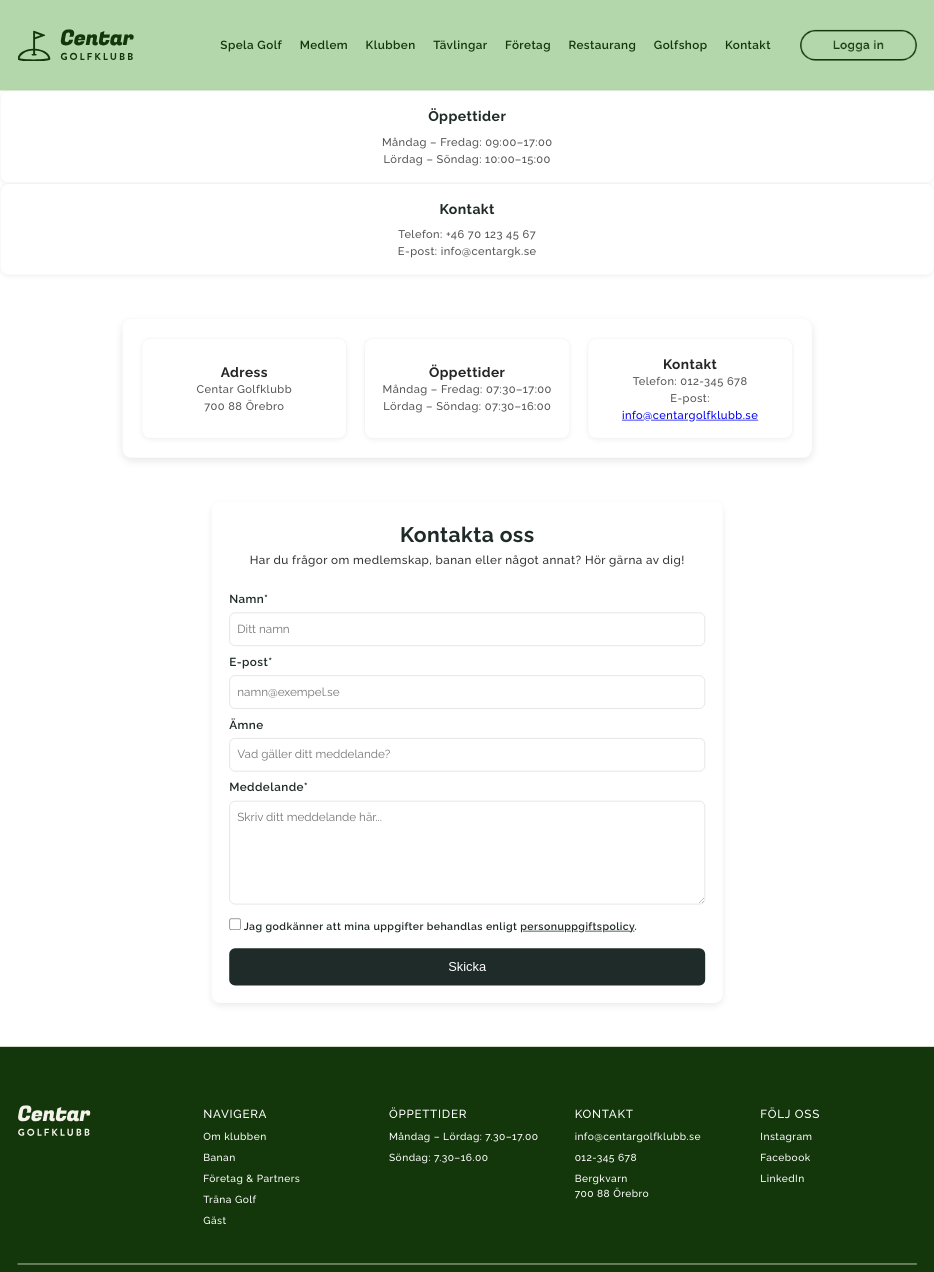
Repository: Tamana831/GolfklubbCentar
Page: kontakt.html
The author's editor kept a copy of each file at every save. The page is drawn from the files as they stood at one save, then again after the next save.
The browser window is 1280 px wide. The pictures show the whole page, at 73% of full size.

Above is the page before, as saved 2025-10-24 00:26:33.

After the next save:
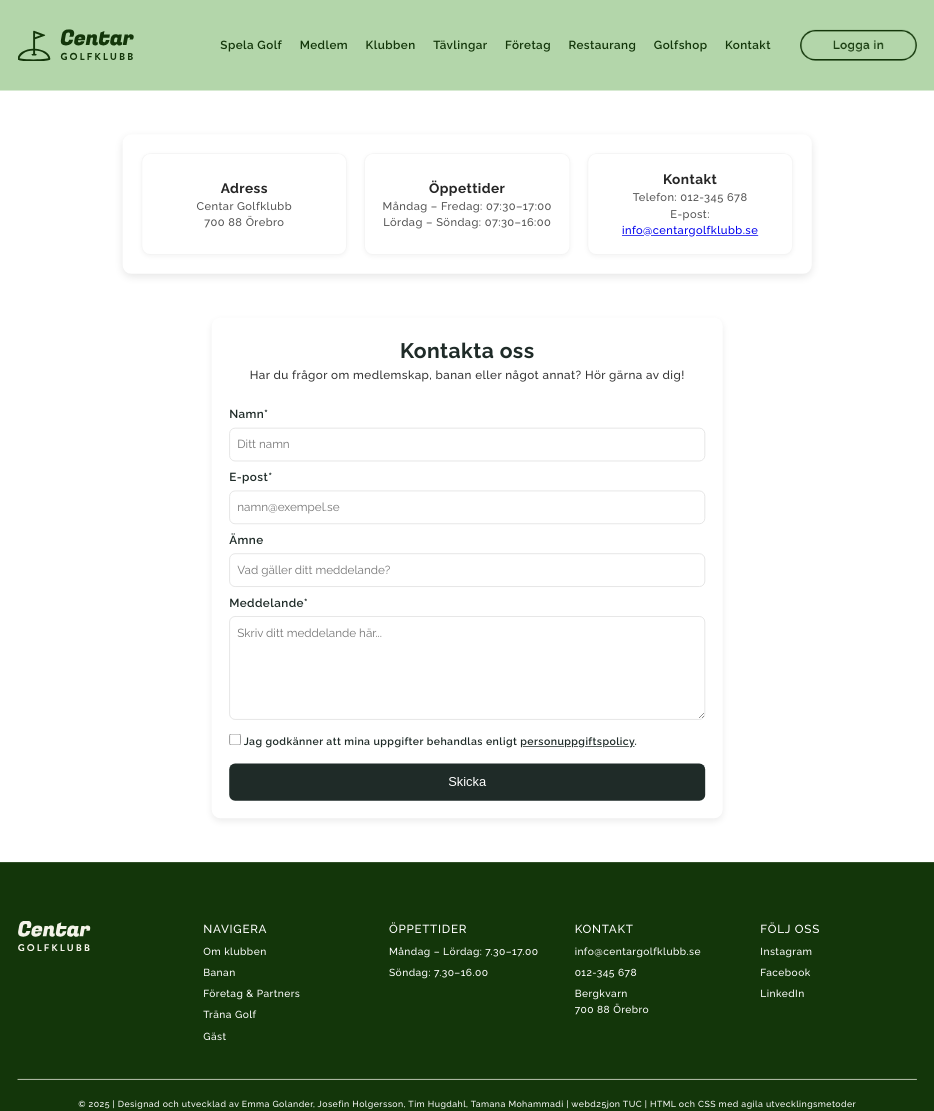
Saved 42 s later.
--- a/kontakt.html
+++ b/kontakt.html
@@ -40,23 +40,7 @@
         </div>
       </nav>
     </header>
-
-  <div class="card contact-card">
-    <h2>Öppettider</h2>
-    <p>Måndag – Fredag: 09:00–17:00<br>
-       Lördag – Söndag: 10:00–15:00</p>
-  </div>
-
-  <div class="card contact-card">
-    <h2>Kontakt</h2>
-    <p>Telefon: +46 70 123 45 67<br>
-       E-post: info@centargk.se</p>
-  </div>
-</section>
-
-    </header>
-
-    <!-- HELA KONTAKTSEKTIONEN MED BAKGRUND -->
+      <!-- HELA KONTAKTSEKTIONEN MED BAKGRUND -->
     <section class="contact-section" aria-labelledby="kontakt-h1">
       <div class="container">
 
